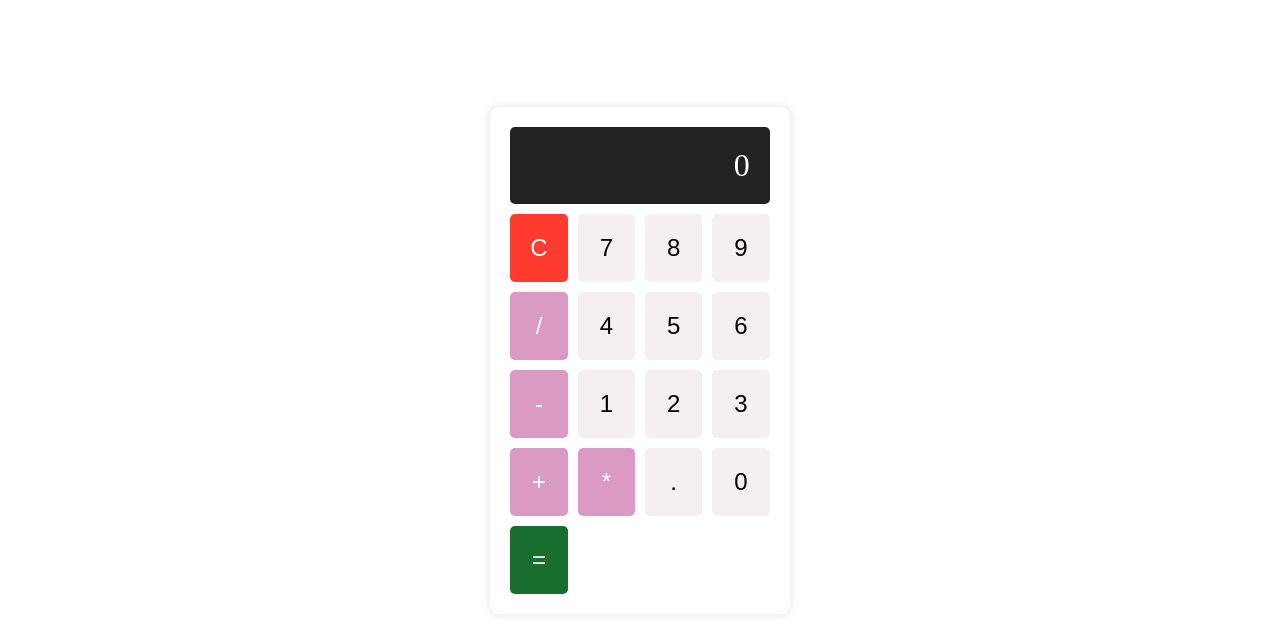
Repository: alizey12/calculator
Page: index.html
The author's editor kept a copy of each file at every save. The page is drawn from the files as they stood at one save, then again after the next save.
The browser window is 1280 px wide. The pictures show the whole page.

Above is the page before, as saved 2024-11-23 19:49:05.

### index.html
<!DOCTYPE html>
<html lang="en">
<head>
    <meta charset="UTF-8">
    <meta name="viewport" content="width=device-width, initial-scale=1.0">
    <title>Document</title>
    <link rel="stylesheet" href="styles.css">
</head>
<body>
 <div class="calculator">
            <div class="display" id="display">0</div>
            <div class="buttons">


                <button class="btn" id="clear">C</button>
                <button class="btn">7</button>
                <button class="btn">8</button>
                <button class="btn">9</button>
                <button class="btn operator">/</button>
                <button class="btn">4</button>
                <button class="btn">5</button>
                <button class="btn">6</button>
                <button class="btn operator">-</button>
                <button class="btn">1</button>
                <button class="btn">2</button>
                <button class="btn">3</button>
                <button class="btn operator">+</button>
                <button class="btn operator">*</button>
                <button class="btn">.</button>
                <button class="btn">0</button>

                <button class="btn operator" id="equals">=</button>


            </div>
        </div>


    <script src="script.js"></script>
</body>
</html>

### styles.css
body {
    display: flex;
    justify-content: center;
    align-items: center;
    height: 100vh;
    background-color: #ffffff;
    margin: 0;
}

.calculator {
    border: 1px solid #f3f3f3;
    border-radius: 10px;
    padding: 20px;
    background-color: #fff;
    box-shadow: 0 0 10px rgba(0, 0, 0, 0.1);
}

.display {
    font-size: 2em;
    margin-bottom: 10px;
    padding: 20px;
    background-color: #222;
    color: #fff;
    text-align: right;
    border-radius: 5px;
}


.buttons {
    display: grid;
    grid-template-columns: repeat(4, 1fr);
    gap: 10px;
}

.btn {
    padding: 20px;
    font-size: 1.5em;
    border: none;
    border-radius: 5px;
    background-color: #f5efef;
    cursor: pointer;
}

.btn.operator {
    background-color: #da9ac4;
    color: #fff;
}

.btn#clear {
    background-color: #ff3b30;
    color: #fff;
}

.btn#equals {
  width: auto;
    background-color: #186e2e;
    color: #fff;
}

Loaded but not shown: script.js (no copy from this time; the picture is the same without it)

After the next save:
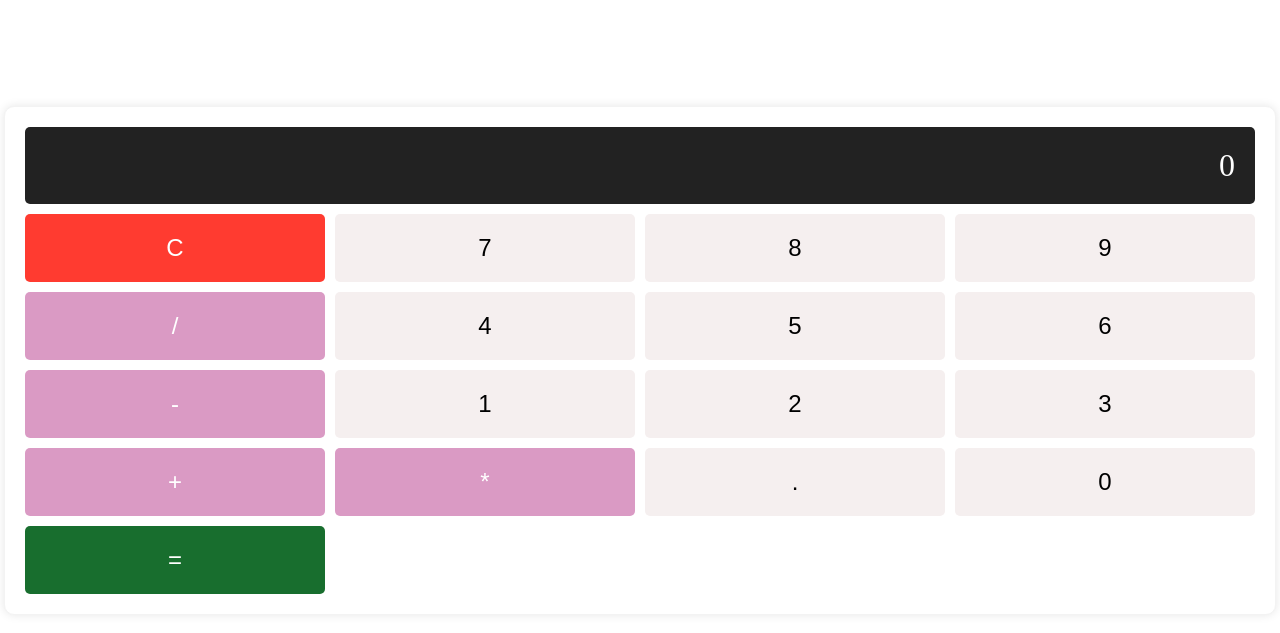
Saved 4 s later.
--- a/styles.css
+++ b/styles.css
@@ -52,7 +52,7 @@
 }
 
 .btn#equals {
-  width: auto;
+  width: 300px;
     background-color: #186e2e;
     color: #fff;
 }

After the save that followed:
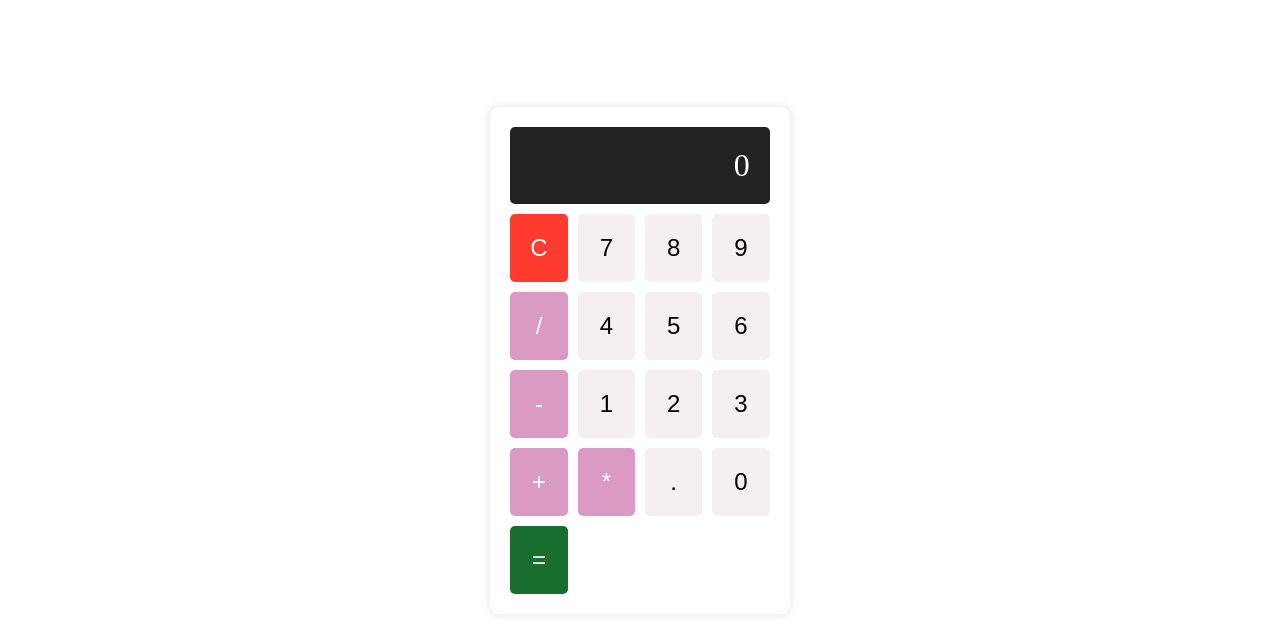
Saved 7 s later.
--- a/styles.css
+++ b/styles.css
@@ -52,7 +52,7 @@
 }
 
 .btn#equals {
-  width: 300px;
+  width: ;
     background-color: #186e2e;
     color: #fff;
 }
